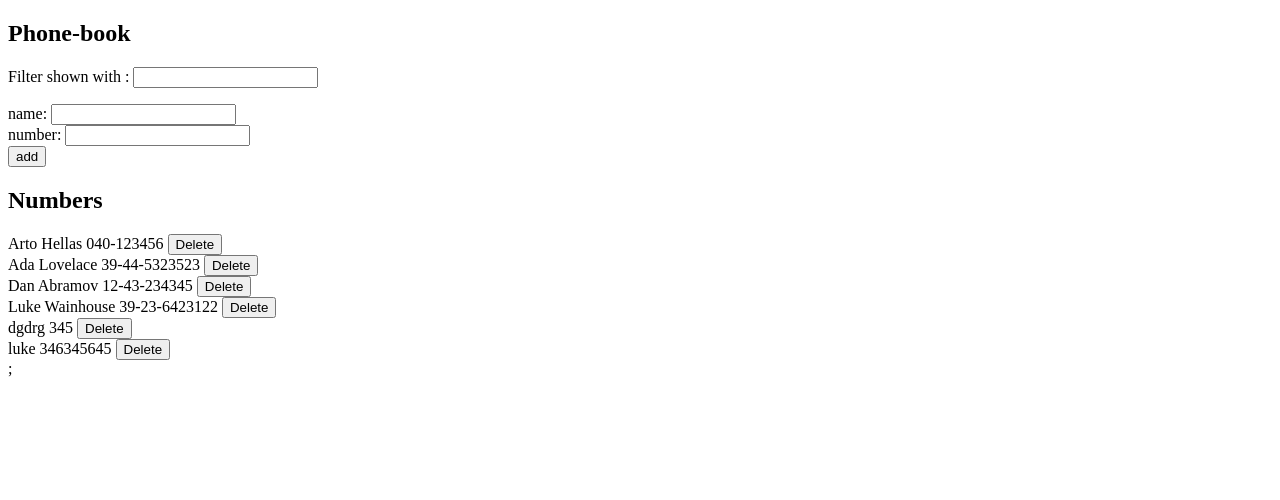
Repository: Wainhouse/Full_Stack_Open_2022
Page: / (app in part2/phonebook/)
The author's editor kept a copy of each file at every save. The page is drawn from the files as they stood at one save, then again after the next save.
The browser window is 1280 px wide. The pictures show the whole page.
The project was rebuilt for these pictures with package versions that can differ from the ones it lists, and the page was loaded fresh each time. Requests to the local data server were answered from the project's data file.

Above is the page before, as saved 2022-12-06 14:50:04.

### part2/phonebook/src/App.js
import { useState, useEffect } from "react";
import People from "./components/People";
import { Form } from "./components/Form";
import { Search } from "./components/Search";
import personsService from './services/Persons'

const App = () => {
  const [persons, setPersons] = useState([]);
  const [newName, setNewName] = useState("");
  const [newNumber, setNewNumber] = useState("");
  const [filterName, setFilterName] = useState("");
  const [personsSearch, setPersonsSearch] = useState([]);

  useEffect(() => {
    personsService
      .getAll()
      .then(initialPersons => {
        setPersons(initialPersons);
        setPersonsSearch(initialPersons);
      });
  }, []);

  const deletePerson = (id, name) => {
    if (window.confirm(`Delete ${name}?`)) {
      personsService.remove(id).then((response) => {
        const updatedPersons = persons.filter((person) => person.id !== id);
        setPersons(updatedPersons);
        setPersonsSearch(updatedPersons);
      });
    }
};

  const addPerson = (event) => {
    event.preventDefault();
    const nameObject = {
      name: newName,
      number: newNumber
    };

    personsService
      .create(nameObject)
      .then(returnedAddPerson => {
        setPersons(persons.concat(returnedAddPerson))
        setNewName('')
        setNewNumber('')
      })


    if (persons.some((person) => person.name === newName)) {
      alert(`${newName} already exists`);
    } else {
      setPersons(persons.concat(nameObject));
      setPersonsSearch(persons.concat(nameObject));
      setNewName("");
      setNewNumber("");
    }
  };


  const handlePersonChange = (event) => {
    console.log(event.target.value);
    setNewName(event.target.value);

  };

  const handleNumberChange = (event) => {
    setNewNumber(event.target.value);
  };

  const handleSearch = (event) => {
    const search = event.target.value;
    setFilterName(search);
    setPersonsSearch(
        persons.filter((person) => person.name.toLowerCase().includes(search))
      );
  };


  return (
    <>
      <h2>Phone-book</h2>
      <Search
      filterName={filterName}
      handleSearch={handleSearch}/>
      <Form
      addPerson = {addPerson}
      newName = {newName}
      newNumber = {newNumber}
      handlePersonChange = {handlePersonChange}
      handleNumberChange = {handleNumberChange}
      />
      <h2>Numbers</h2>
        <People personsSearch={personsSearch} deletePerson={deletePerson}/>
    </>
  );
};

export default App;

### part2/phonebook/src/components/People.js
const People = ({ personsSearch, deletePerson }) => {
    return (
      <>
        {personsSearch?.map((person) => (
          <div key={person.name}>
            {person.name} {person.number}{" "}
            <button onClick={() => deletePerson(person.id, person.name)}>Delete</button>
          </div>
        ))}
        ;
      </>
    );
  };

export default People;

### part2/phonebook/src/components/Form.js
import React from "react";

export const Form = ({addPerson, newName, newNumber, handlePersonChange, handleNumberChange}) => {
  return (
    <div>
      <form onSubmit={addPerson}>
        <div>
          name: <input value={newName} onChange={handlePersonChange} />
          <br />
          number: <input value={newNumber} onChange={handleNumberChange} />
        </div>
        <div>
          <button type="submit">add</button>
        </div>
      </form>
    </div>
  );
};

### part2/phonebook/src/components/Search.js
import React from 'react'

export const Search = ({filterName, handleSearch}) => {
  return (
<p>
    Filter shown with : <input value={filterName} onChange={handleSearch} />
</p>  )
}

### part2/phonebook/src/services/Persons.js
import axios from 'axios'
const baseUrl = 'http://localhost:3002/persons'

const getAll = () => {
  const request = axios.get(baseUrl)

  return request.then((response) => response.data)
}

const create = nameObject => {
  const request = axios.post(baseUrl, nameObject)
  return request.then((response) => response.data)
}

const deleteRequest = (id) => {
    const request = axios.delete(`${baseUrl}/${id}`)
    return request.then((response) => response.data)
  }

export default { getAll, create, deleteRequest }

### part2/phonebook/db.json
{
  "persons": [
    {
      "name": "Arto Hellas",
      "number": "040-123456",
      "id": 1
    },
    {
      "name": "Ada Lovelace",
      "number": "39-44-5323523",
      "id": 2
    },
    {
      "name": "Dan Abramov",
      "number": "12-43-234345",
      "id": 3
    },
    {
      "name": "Luke Wainhouse",
      "number": "39-23-6423122",
      "id": 4
    },
    {
      "name": "dgdrg",
      "number": "345",
      "id": 5
    },
    {
      "name": "luke",
      "number": "346345645",
      "id": 6
    }
  ]
}

Loaded but not shown: part2/phonebook/public/index.html (common file); part2/phonebook/src/index.js (common file)

After the next save:
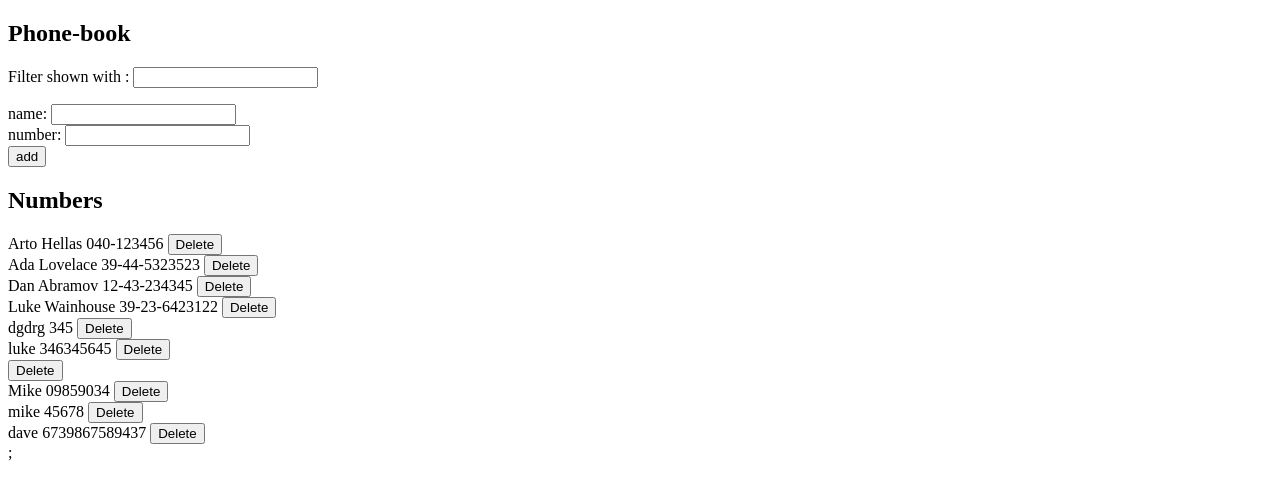
Saved 73 s later.
--- a/part2/phonebook/db.json
+++ b/part2/phonebook/db.json
@@ -29,6 +29,26 @@
       "name": "luke",
       "number": "346345645",
       "id": 6
+    },
+    {
+      "name": "",
+      "number": "",
+      "id": 7
+    },
+    {
+      "name": "Mike ",
+      "number": "09859034",
+      "id": 9
+    },
+    {
+      "name": "mike ",
+      "number": "45678",
+      "id": 10
+    },
+    {
+      "name": "dave",
+      "number": "6739867589437",
+      "id": 11
     }
   ]
 }
